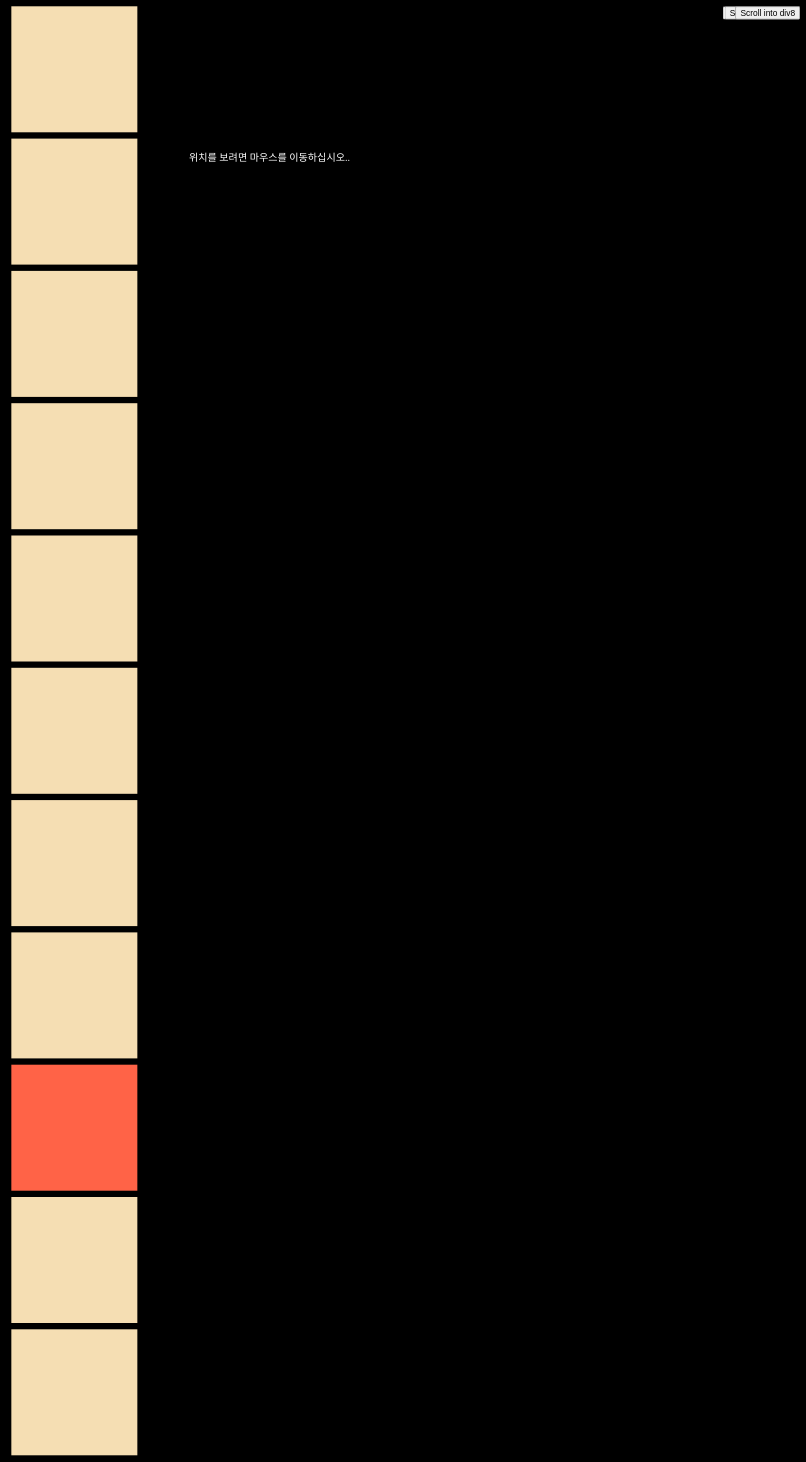
Repository: GoodHoneyCake/Dream_Coding_Academy5
Page: browser/chap1/window_coordinate.html
The author's editor kept a copy of each file at every save. The page is drawn from the files as they stood at one save, then again after the next save.
The browser window is 1280 px wide. The pictures show the whole page, at 63% of full size.

Above is the page before, as saved 2021-01-28 13:52:14.

After the next save:
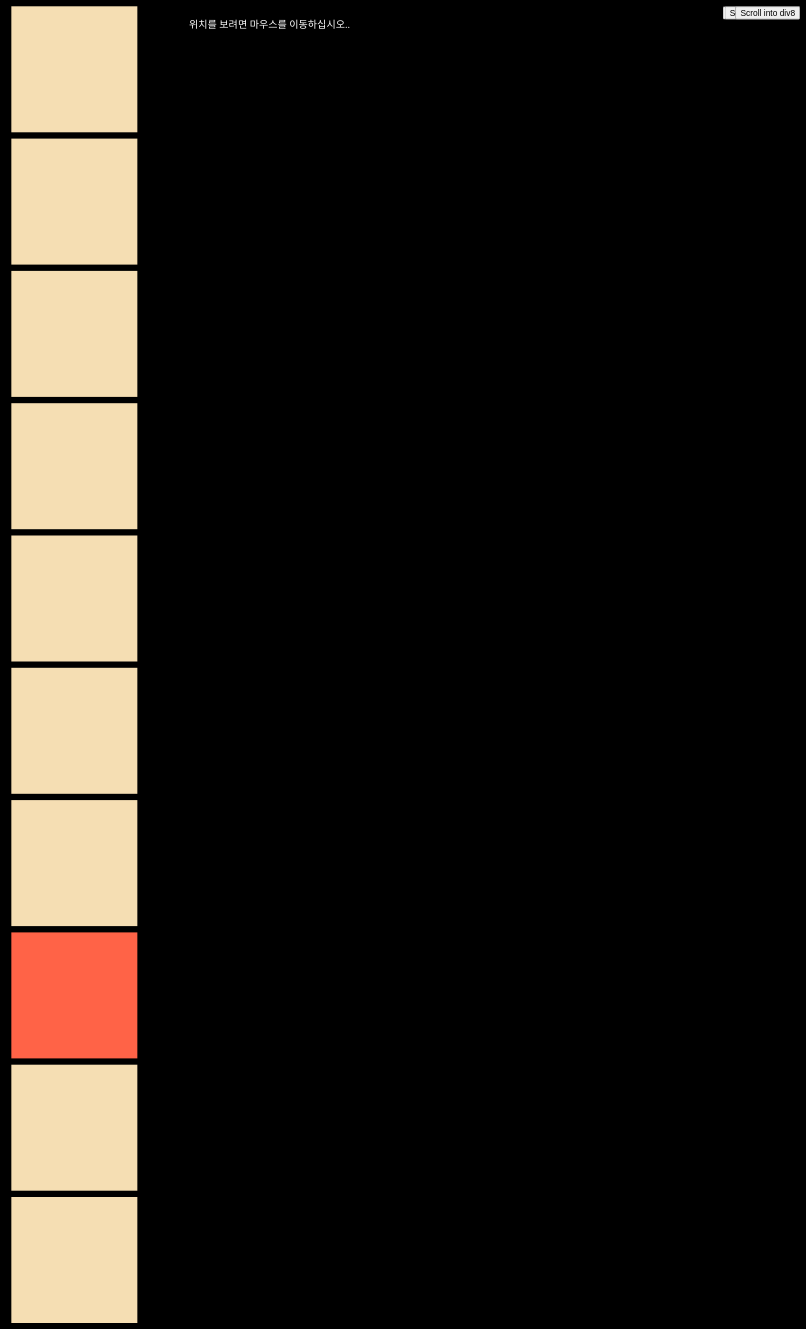
Saved 9 s later.
--- a/browser/chap1/window_coordinate.html
+++ b/browser/chap1/window_coordinate.html
@@ -29,11 +29,11 @@
     }
   </style>
   <body>
-    <div>
+    <section>
       <button>Scroll by 100px(y)</button>
       <button>Scroll to 100px(y)</button>
       <button>Scroll into div8</button>
-    </div>
+    </section>
     <p>위치를 보려면 마우스를 이동하십시오..</p>
     <p id="screen-log"></p>
     <div></div>
